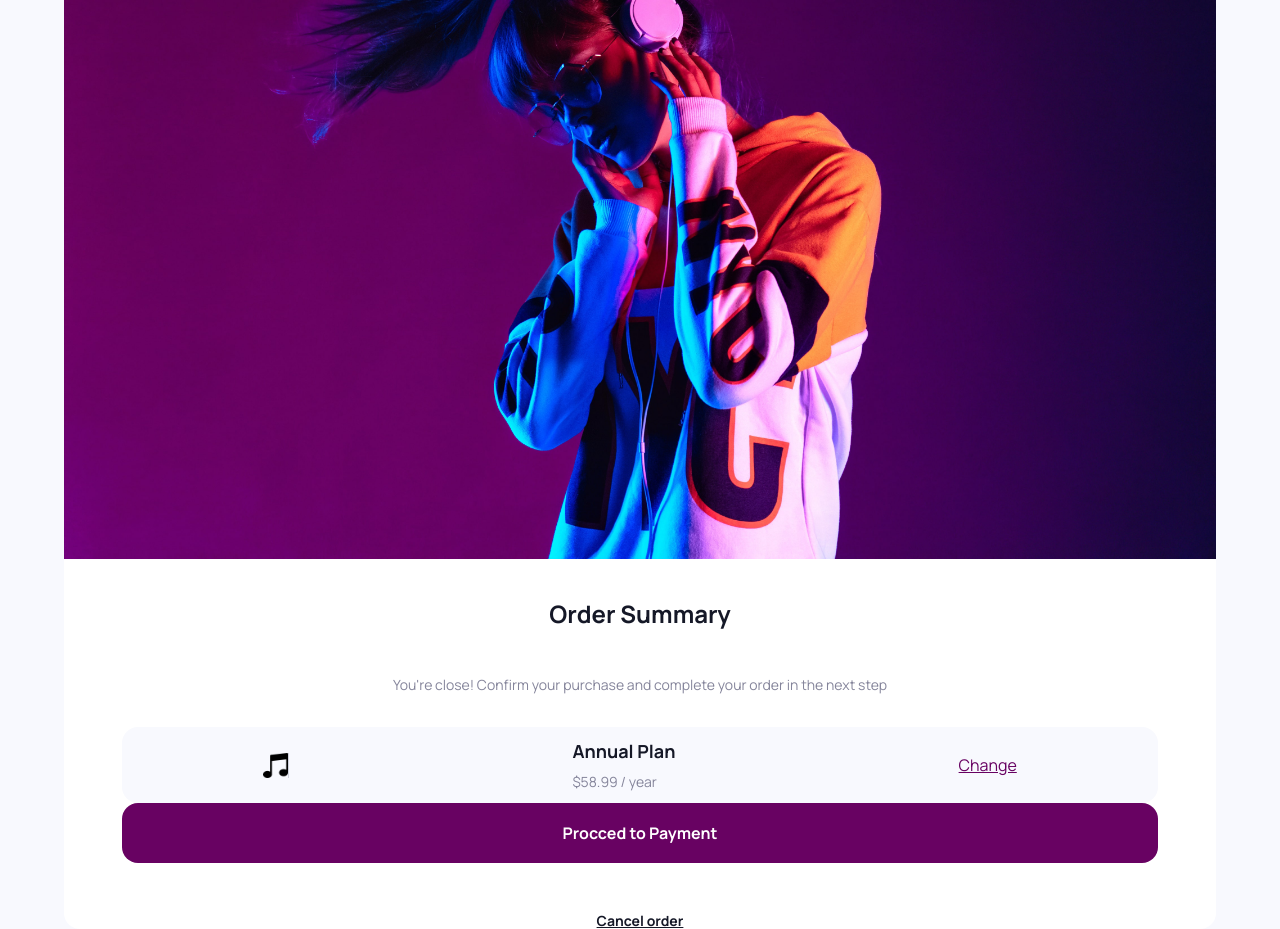
Repository: ssynowiec/INVO-Academy-solution
Page: /
The author's editor kept a copy of each file at every save. The page is drawn from the files as they stood at one save, then again after the next save.
The browser window is 1280 px wide. The pictures show the whole page.
The project was rebuilt for these pictures with package versions that can differ from the ones it lists, and the page was loaded fresh each time.

Above is the page before, as saved 2023-03-04 20:17:50.

After the next save:
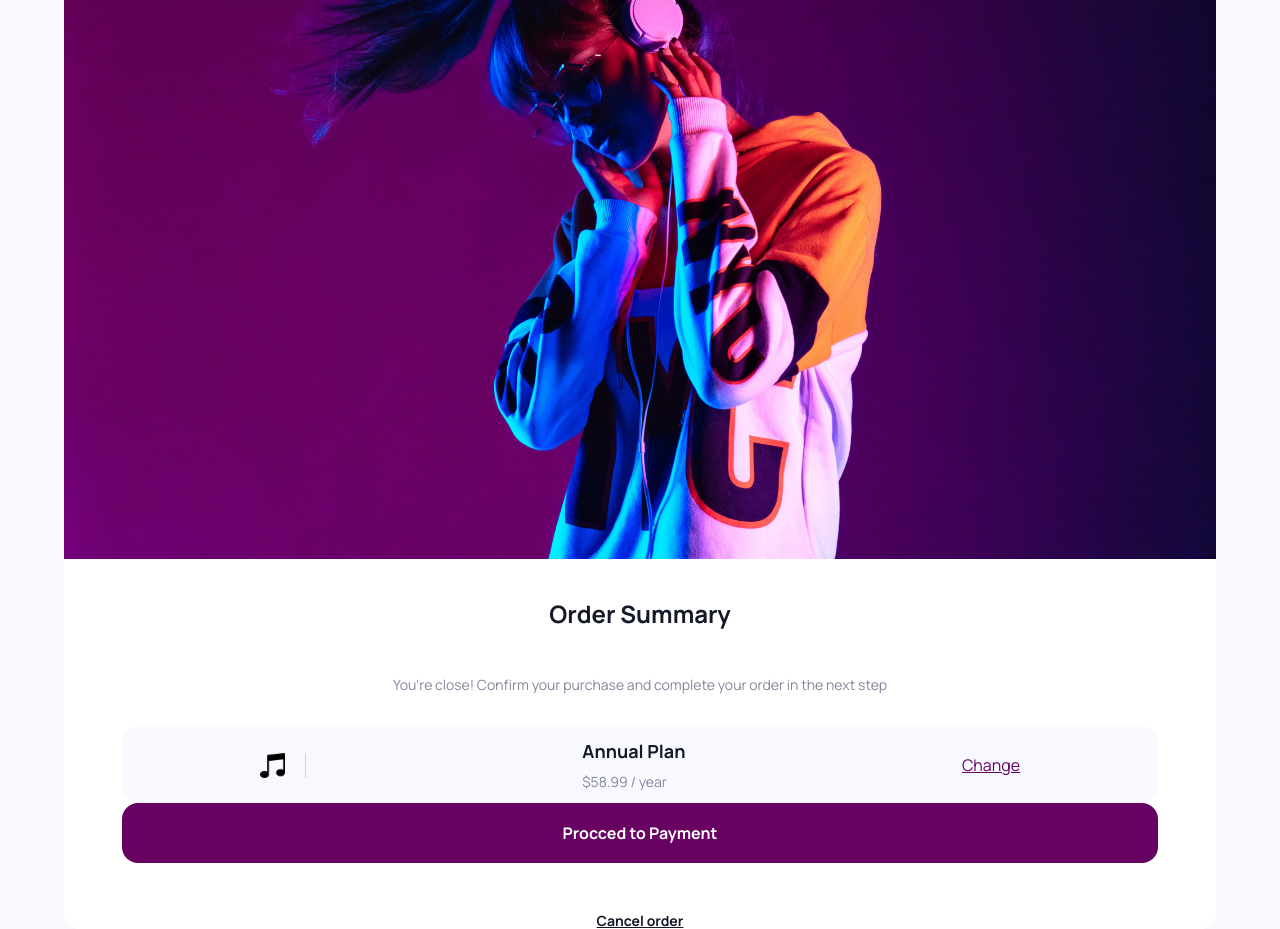
Saved 7 s later.
--- a/src/pages/home-page/styles/home-page.scss
+++ b/src/pages/home-page/styles/home-page.scss
@@ -50,7 +50,7 @@
 		width: 25px;
 		height: 25px;
 		// margin: 10px;
-		// padding: 20px;
+		padding-right: 20px;
 		border-right: 1px solid var(--color-stroke);
 	}
 
